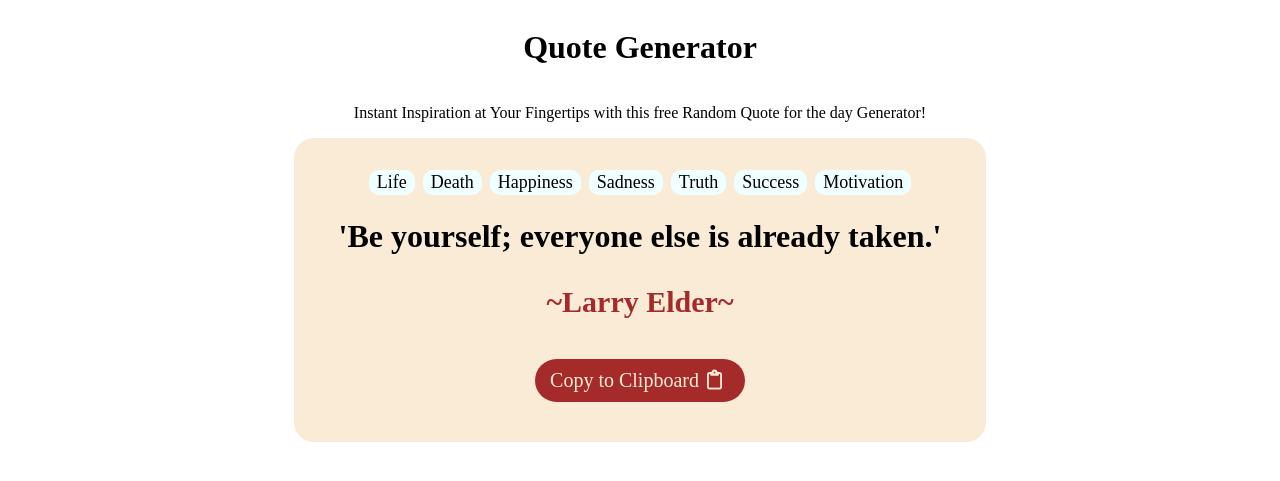
Repository: moehaymanmyint/Random-Quote-Generator
Page: index.html
An editor plug-in stored every save of this project. The page is shown before and after the next save, followed by the edit.
The browser window is 1280 px wide. The pictures show the whole page.
Some web fonts or font styles are not loaded; a fallback is used. Some web libraries are served in a nearby version.

Above is the page before, as saved 2024-11-07 23:07:20.

### index.html
<!DOCTYPE html>
<html lang="en">
<head>
    <meta charset="UTF-8">
    <meta name="viewport" content="width=device-width, initial-scale=1.0">
    <title>Quote Generator</title>
    <link rel="stylesheet" href="style.css">
    <!-- Font Awesome Link -->
    <link rel="stylesheet" href="https://cdnjs.cloudflare.com/ajax/libs/font-awesome/6.6.0/css/all.min.css" integrity="sha512-Kc323vGBEqzTmouAECnVceyQqyqdsSiqLQISBL29aUW4U/M7pSPA/gEUZQqv1cwx4OnYxTxve5UMg5GT6L4JJg==" crossorigin="anonymous" referrerpolicy="no-referrer" />
</head>
<body>
    <div class="container">
        <h1 class="title">Quote Generator</h1>
        <p>Instant Inspiration at Your Fingertips with this free Random Quote for the day Generator!</p>
        <div class="quote-box">
            <div class="category">
                <input type="button" value="Life">
                <input type="button" value="Death">
                <input type="button" value="Happiness">
                <input type="button" value="Sadness">
                <input type="button" value="Truth">
                <input type="button" value="Success">
                <input type="button" value="Motivation">
            </div>
            <div class="quotes">
                <h1 class="quote">'Be yourself; everyone else is already taken.'</h1>
                <p class="author">~Larry Elder~</p>
            </div>
            <div class="btn">
                <button class="copy-btn">Copy to Clipboard<i class="fa-regular fa-clipboard"></i></button>
            </div>
        </div>
    </div>
</body>
<script src="app.js"></script>
</html>

### style.css
@import url('https://fonts.googleapis.com/css2?family=Playwrite+GB+S:ital,wght@0,100..400;1,100..400&display=swap');

.container{
    font-family: "Playwrite GB S", cursive;
    display: flex;
    flex-direction: column;
    align-items: center;
}
.container .quote{
    text-align: center;
}

.container .author{
    font-size: 30px;
    color: brown;
    text-align: center;
    font-weight: bold;
}

.quote-box{
    background-color: antiquewhite;
    padding: 30px;
    display: flex;
    flex-direction: column;
    align-items: center;
    border-radius: 20px;
    width: 50%;
}

.copy-btn{
    padding: 10px 15px;
    border: none;
    border-radius: 40px;
    background-color: brown;
    color: antiquewhite;
    margin: 10px;
    cursor: pointer;
    font-size: 20px;
    font-family: "Playwrite GB S", cursive;
}

i{
    padding: 0 8px;
}

input{
    background-color: azure;
    border: none;
    border-radius: 10px;
    padding: 2px 8px;
    font-size: 18px;
    margin: 2px;
    cursor: pointer;
    font-family: "Playwrite GB S", cursive;
}

### app.js
let quotes = {
    Life: [
        { quote: "Life is what happens when you're busy making other plans.", author: "John Lennon" },
        { quote: "Get busy living or get busy dying.", author: "Stephen King" },
        { quote: "You only live once, but if you do it right, once is enough.", author: "Mae West" },
        { quote: "Life is really simple, but we insist on making it complicated.", author: "Confucius" },
        { quote: "In the end, it’s not the years in your life that count. It’s the life in your years.", author: "Abraham Lincoln" },
    ],
    Death: [
        { quote: "Death is not the opposite of life, but a part of it.", author: "Haruki Murakami" },
        { quote: "To the well-organized mind, death is but the next great adventure.", author: "J.K. Rowling" },
        { quote: "The life of the dead is placed in the memory of the living.", author: "Marcus Tullius Cicero" },
        { quote: "Our dead are never dead to us, until we have forgotten them.", author: "George Eliot" },
        { quote: "Death may be the greatest of all human blessings.", author: "Socrates" },
    ],
    Happiness: [
        { quote: "Happiness is not something ready-made. It comes from your own actions.", author: "Dalai Lama" },
        { quote: "For every minute you are angry, you lose sixty seconds of happiness.", author: "Ralph Waldo Emerson" },
        { quote: "Happiness depends upon ourselves.", author: "Aristotle" },
        { quote: "Happiness is not by chance, but by choice.", author: "Jim Rohn" },
        { quote: "The purpose of our lives is to be happy.", author: "Dalai Lama" },
    ],
    Sadness: [
        { quote: "Tears come from the heart and not from the brain.", author: "Leonardo da Vinci" },
        { quote: "Sadness flies away on the wings of time.", author: "Jean de La Fontaine" },
        { quote: "The word 'happiness' would lose its meaning if it were not balanced by sadness.", author: "Carl Jung" },
        { quote: "Every human walks around with a certain kind of sadness.", author: "Henri Nouwen" },
        { quote: "Even a happy life cannot be without a measure of darkness.", author: "Carl Jung" },
    ],
    Truth: [
        { quote: "In a time of deceit, telling the truth is a revolutionary act.", author: "George Orwell" },
        { quote: "If you tell the truth, you don't have to remember anything.", author: "Mark Twain" },
        { quote: "Three things cannot be long hidden: the sun, the moon, and the truth.", author: "Buddha" },
        { quote: "The truth will set you free, but first it will make you miserable.", author: "James A. Garfield" },
        { quote: "Honesty is the first chapter in the book of wisdom.", author: "Thomas Jefferson" },
    ],
    Success: [
        { quote: "Success is not final, failure is not fatal: It is the courage to continue that counts.", author: "Winston Churchill" },
        { quote: "Success usually comes to those who are too busy to be looking for it.", author: "Henry David Thoreau" },
        { quote: "The way to get started is to quit talking and begin doing.", author: "Walt Disney" },
        { quote: "Don’t be afraid to give up the good to go for the great.", author: "John D. Rockefeller" },
        { quote: "Success is walking from failure to failure with no loss of enthusiasm.", author: "Winston Churchill" },
    ],
    Motivation: [
        { quote: "The only way to do great work is to love what you do.", author: "Steve Jobs" },
        { quote: "The future belongs to those who believe in the beauty of their dreams.", author: "Eleanor Roosevelt" },
        { quote: "Don’t watch the clock; do what it does. Keep going.", author: "Sam Levenson" },
        { quote: "Believe you can and you’re halfway there.", author: "Theodore Roosevelt" },
        { quote: "Start where you are. Use what you have. Do what you can.", author: "Arthur Ashe" },
    ]
};

let quote = document.querySelector(".quote");
let author = document.querySelector(".author");
let category = document.querySelectorAll(".category input");
let copyBtn = document.querySelector(".copy-btn");

category.forEach(input => {
    input.addEventListener("click", () => {
        let userCategory = input.value;
        let quoteArr = quotes[userCategory];
        let randomQuote = quoteArr[Math.floor(Math.random() * quoteArr.length)];
        console.log(randomQuote);

        quote.innerHTML = "'" + randomQuote.quote + "'";
        author.innerHTML = "~" + randomQuote.author + "~";
    })
});

function copyClipboard() {
    let quoteText = quote.innerHTML;
    navigator.clipboard.writeText(quoteText)
        .then(() => {
            alert("Quote copied to clipboard!");
        })
        .catch(err => {
            console.error("Failed to copy: ", err);
        });
}

copyBtn.addEventListener("click", copyClipboard);

After the next save:
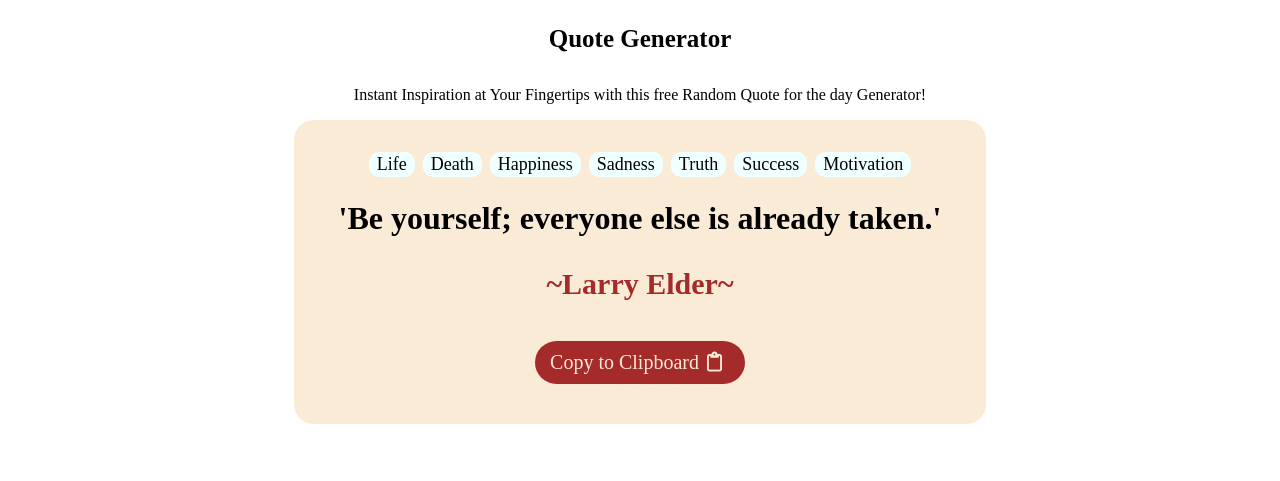
Saved 15 s later.
--- a/style.css
+++ b/style.css
@@ -5,6 +5,9 @@
     display: flex;
     flex-direction: column;
     align-items: center;
+}
+.title{
+    font-size: 25px;
 }
 .container .quote{
     text-align: center;
